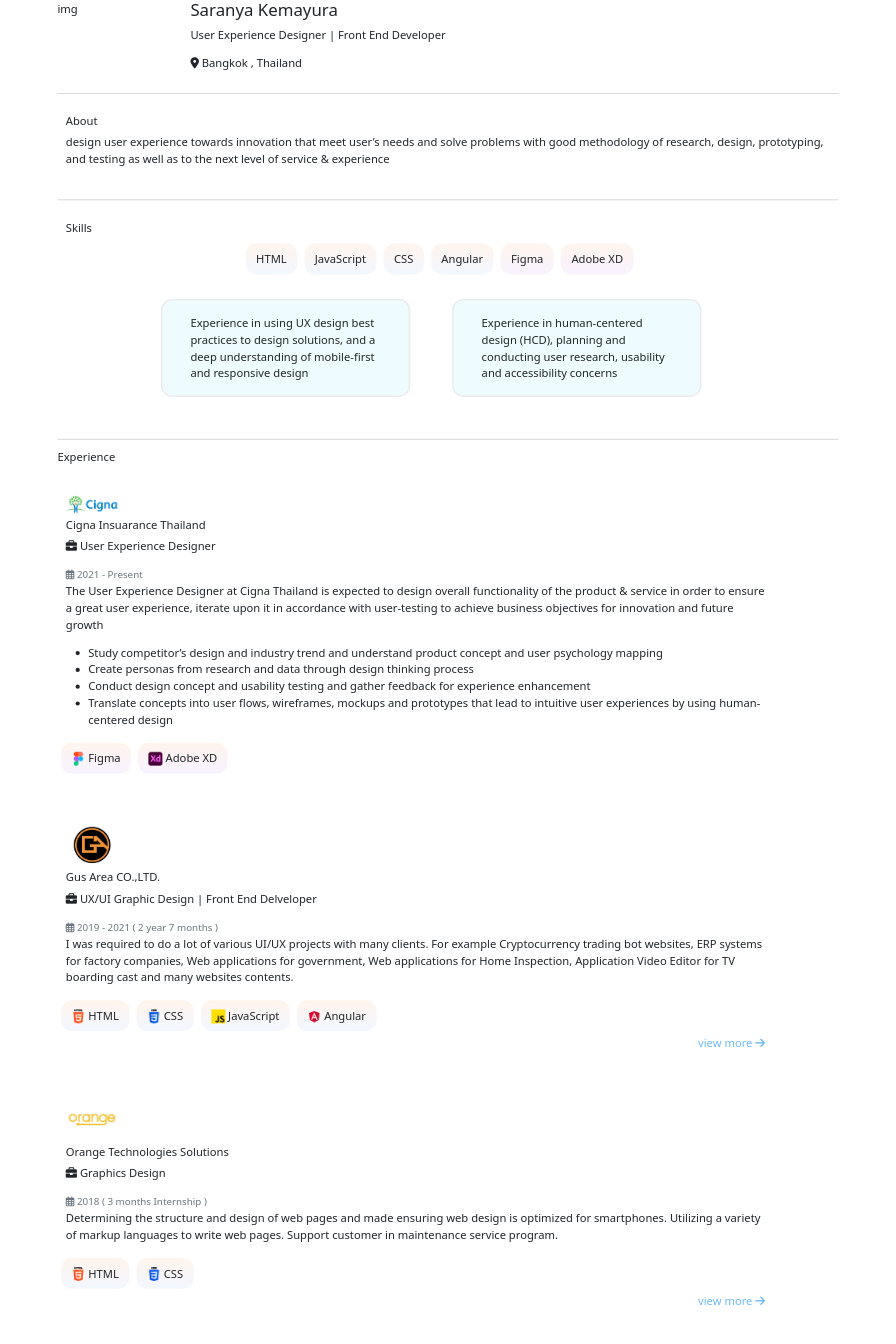
Repository: 0910th/portfolio
Page: index.html
These files come from the project's save history. The page is drawn as it stood at one moment and after the next save; the edit follows.
The browser window is 1280 px wide. The pictures show the part of the page from y = 0 to 1920 px (the page is 2667 px tall), at 70% of full size.

Above is the page before, as saved 2022-12-23 15:05:58.

### index.html
<!doctype html>
<html lang="en">

<head>
    <meta charset="utf-8">
    <meta name="viewport" content="width=device-width, initial-scale=1">
    <title>Saranya Portfolio</title>

    <link href="./css/bootstrap.min.css" rel="stylesheet" crossorigin="anonymous">
    <link href="./css/mystyle.css" rel="stylesheet" crossorigin="anonymous">
    <!--font awesome -->
    <link rel="stylesheet" href="./fontawesome/css/all.css" type="text/css">
    <link rel="stylesheet" href="./fontawesome/css/fontawesome.css">
    <link rel="stylesheet" href="./fontawesome/css/brands.css">
    <link rel="stylesheet" href="./fontawesome/css/solid.css">
</head>

<body>

    <div class="container-md">
        <!-- Content here -->
        <!-- section01 Name  -->
        <div class="row justify-content-start">
            <div class="col-2">
                img
            </div>
            <div class="col-10">
                <h4>Saranya Kemayura</h4>
                <p>User Experience Designer | Front End Developer</p>
                <p><i class="fa-solid fa-location-dot"></i> Bangkok , Thailand </p>
            </div>

        </div>
        <hr>
        <div class="row mg-30">

            <h6>About</h6>
            <p>design user experience towards innovation that meet user’s needs and solve problems with good methodology of
                research,
                design, prototyping, and testing as well as to the next level of service & experience</p>
        </div>
        <hr>
        <div class="row mg-30">
            <h6>Skills</h6>
            <div class="row justify-content-center">
                <div class="badge-text code">HTML</div>
                <div class="badge-text code">JavaScript</div>
                <div class="badge-text code">CSS</div>
                <div class="badge-text code">Angular</div>
                <div class="badge-text design">Figma</div>
                <div class="badge-text design">Adobe XD</div>
            </div>


            <div class="row">
                <div class="row justify-content-center">
                    <div class="col-md-4 col-sm-12 card-skills">
                        Experience in using UX design best practices to design solutions, and a deep understanding of mobile-first and
                        responsive design
                    </div>
                    <div class="col-md-4 col-sm-12 card-skills">
                        Experience in human-centered design (HCD), planning and conducting user research, usability and accessibility concerns
                    </div>
                </div>
            </div>

        </div>
        <hr>
        <div class="row">

            <h6>Experience</h6>
            <div class="row mg-30 vertical-line">
                <div class="col">
                    <img class="office-logo" src="/images/cignalogo.png">
                </div>
                <div class="col-11">
                    <h6> Cigna Insuarance Thailand </h6>
                    <p><i class="fa-solid fa-briefcase"></i> User Experience Designer </p>
                    <small class="text-muted"> <i class="fa-regular fa-calendar-days"></i> 2021 - Present </small>

                    <p > The User Experience Designer at Cigna Thailand is expected to design overall functionality of the product & service in
                    order to ensure a great user experience, iterate upon it in accordance with user-testing to achieve business objectives
                    for innovation and future growth </p>
                        <ul>
                            <li>Study competitor’s design and industry trend and understand product concept and user psychology mapping</li>
                            <li>Create personas from research and data through design thinking process</li>
                            <li>Conduct design concept and usability testing and gather feedback for experience enhancement</li>
                            <li>Translate concepts into user flows, wireframes, mockups and prototypes that lead to intuitive user experiences by
                            using human-centered design</li>
                        </ul>
                        <div class="row">
                            <div class="badge-text design"><img src="/images/figma.png" class="icon-logo"> Figma </div>
                            <div class="badge-text design"><img src="/images/xd.png" class="icon-logo"> Adobe XD </div>

                        </div>
                </div>

            </div>
            <div class="row mg-30 vertical-line">
                <div class="col">
                    <img class="office-logo" src="/images/guslogo.png">
                </div>
                <div class="col-11">
                    <h6> Gus Area CO.,LTD.   </h6>
                    <p> <i class="fa-solid fa-briefcase"></i> UX/UI Graphic Design | Front End Delveloper </p>
                    <small class="text-muted"> <i class="fa-regular fa-calendar-days"></i> 2019 - 2021 ( 2 year 7 months ) </small>

                    <p> I was required to do a lot of various UI/UX projects with many clients. For example Cryptocurrency trading bot websites,
                    ERP systems for factory companies, Web applications for government, Web applications for Home Inspection, Application
                    Video Editor for TV boarding cast and many websites contents.  </p>
                    <div class="row">
                        <div class="badge-text code"><img src="/images/html-5.png" class="icon-logo"> HTML </div>
                        <div class="badge-text code"><img src="/images/css-3.png" class="icon-logo"> CSS </div>
                        <div class="badge-text code"><img src="/images/js.png" class="icon-logo"> JavaScript </div>
                        <div class="badge-text code"><img src="/images/angular.png" class="icon-logo"> Angular </div>
                    </div>
                    <div class="align-end">
                        <a href="https://drive.google.com/file/d/1GT6gE9DtqS3qcQ0BoRsfJf4KunN4CFvU/view?usp=share_link" target="_blank"> view
                            more <i class="fa-sharp fa-solid fa-arrow-right"></i> </a>
                    </div>

                </div>

            </div>
            <div class="row mg-30 vertical-line">
                <div class="col">
                    <img class="office-logo" src="/images/orangelogo.jpg">
                </div>
                <div class="col-11">
                    <h6> Orange Technologies Solutions   </h6>
                    <p> <i class="fa-solid fa-briefcase"></i> Graphics Design </p>
                    <small class="text-muted"> <i class="fa-regular fa-calendar-days"></i> 2018 ( 3 months Internship ) </small>

                    <p> Determining the structure and design of web pages and made
                        ensuring web design is optimized for smartphones. Utilizing a variety of
                        markup languages to write web pages. Support customer in maintenance
                        service program. </p>
                    <div class="row">
                        <div class="badge-text code"><img src="/images/html-5.png" class="icon-logo"> HTML </div>
                        <div class="badge-text code"><img src="/images/css-3.png" class="icon-logo"> CSS </div>
                    </div>
                    <div class="align-end">
                        <a href="https://drive.google.com/file/d/1MODC7KRE6SoKk1lN0rvdMFdlt3xqDC_x/view?usp=sharing" target="_blank"> view
                            more <i class="fa-sharp fa-solid fa-arrow-right"></i> </a>
                    </div>
                </div>

            </div>
            <div class="row mg-30 vertical-line">
                <div class="col">
                    <img class="office-logo" src="/images/siamlogo.jpg">
                </div>
                <div class="col-11">
                    <h6> Siam University </h6>
                    <p> <i class="fa-solid fa-graduation-cap"></i> Bachelor of Science,Computer Science </p>
                    <small class="text-muted"> <i class="fa-regular fa-calendar-days"></i> Jun 2014 - Oct 2018 </small>

                    <div class="row mg-30">
                        <div class="col-md-2"> Project Name </div>
                        <div class="col-md-10"> Web application management of data for cooperation and public
                        relations. </div>
                    </div>
                    <div class="row mg-30">
                        <div class="col-md-2"> Description </div>
                        <div class="col-md-10"> Manage Co-Operated Case Study For Baan Fah Green Park Royal
                            Thonburirom </div>
                    </div>
                    <div class="row mg-30">
                        <div class="col-md-2"> Responsibilities </div>
                        <div class="col-md-10"> Front-End, UX/UI Design, System Algorithm Design, Project Management. </div>
                    </div>
                    <div class="row">
                        <div class="row">
                            <div class="badge-text code"><img src="/images/html-5.png" class="icon-logo"> HTML </div>
                            <div class="badge-text code"><img src="/images/css-3.png" class="icon-logo"> CSS </div>
                            <div class="badge-text code"><img src="/images/js.png" class="icon-logo"> JavaScript </div>
                            <div class="badge-text code"><img src="/images/angular.png" class="icon-logo"> Angular </div>
                            <div class="badge-text code"><img src="/images/firebaselogo.png" class="icon-logo"> Firebase </div>

                        </div>
                    </div>
                    <div class="align-end">
                        <a href="https://drive.google.com/file/d/1-WiQ9sEVFjpiMQZhy3hezphQuEG-YV4b/view?usp=sharing" target="_blank"> view more <i class="fa-sharp fa-solid fa-arrow-right"></i> </a>
                    </div>
                </div>

            </div>
        </div>
        <hr>
        <h6>Licenses & Certificate</h6>
        <div class="row">


                <div class="col-md-6 mg-30">
                    <div class="row">
                        <div class="col-md-2">
                            <img class="office-logo" src="/images/tdclogo.jpg">
                        </div>
                        <div class="col-md-10">
                            <h6>User Experience UX(Design):Design Solutions for your Users</h6>
                            <p>Thammasat Design Center (TDC)</p>
                            <small class="text-muted"> Issued Feb 2022 </small>
                            <div class="">
                                <a class="btn btn-outline-primary"
                                    href="https://drive.google.com/file/d/1K9nLmPM9IpYpREJaLTQpupgg0pyApNxf/view?usp=sharing" target="_blank">Show
                                    credential <i class="fa-solid fa-up-right-from-square"></i> </a>
                            </div>
                        </div>
                    </div>

                </div>
                <div class="col-md-6 mg-30">
                    <div class="row">
                        <div class="col-md-2">
                            <img class="office-logo" src="/images/skooldiologo.jpg">
                        </div>
                        <div class="col-md-10">
                            <h6>UX Writing</h6>
                            <p>Skooldio (TDC)</p>
                            <small class="text-muted"> Issued Dec 2022 </small>
                            <div class="">
                                <a class="btn btn-outline-primary" href="https://drive.google.com/file/d/1BEAHY4evkZaUVi4WXsF9LlQV7Dov4a3x/view?usp=sharing" target="_blank">Show credential <i class="fa-solid fa-up-right-from-square"></i> </a>
                            </div>
                        </div>
                    </div>

                </div>

        </div>

    </div>

    <!-- script -->
    <script src="https://cdn.jsdelivr.net/npm/@popperjs/core@2.11.6/dist/umd/popper.min.js"
        integrity="sha384-oBqDVmMz9ATKxIep9tiCxS/Z9fNfEXiDAYTujMAeBAsjFuCZSmKbSSUnQlmh/jp3"
        crossorigin="anonymous"></script>
    <script src="https://cdn.jsdelivr.net/npm/bootstrap@5.2.3/dist/js/bootstrap.min.js"
        integrity="sha384-cuYeSxntonz0PPNlHhBs68uyIAVpIIOZZ5JqeqvYYIcEL727kskC66kF92t6Xl2V"
        crossorigin="anonymous"></script>
</body>

</html>

### css/mystyle.css

.text-right {
    text-align: right;
}
.mg-30 {
    margin: 30px 0px;
}
.badge-text {
    padding: 10px 15px;
    margin: 5px 5px;
    text-align: justify;
    vertical-align: middle;
    width: max-content;
    border-radius: 15px;

}
.badge-text.code {
    background-color: #f0f8ff;
    background: linear-gradient(180deg,rgba(255,153,80,.1),rgba(129, 177, 255, 0.1));
}
.badge-text.design {
    background-color: #fff3b7;
    background: linear-gradient(180deg,rgba(255,153,80,.1),rgba(184,129,255,.1));

}
.card-skills{
    background: rgba(214, 248, 255, 0.4);
    border-radius: 16px;
    z-index: 0;
    border: 2px solid #ebebeb;
    padding: 20px 40px;
    margin: 30px;
}
.icon-logo {
    max-width: 20px;
    height: auto;
}
.office-logo {
    max-width: 75px;
}
.align-end {
    text-align: right;
}
.align-end a {
    text-decoration: none;
    color: #6fb9fa;
}
.align-end a:hover {
    color:#54adfa;
}
a.btn.btn-outline-primary {
    margin: 10px 0;
    color:  #6fb9fa;
    border: 2px solid #6fb9fa;

}
a.btn.btn-outline-primary:hover {
    color:  #ffffff;
    border-color: #54adfa;
    background-color:  #54adfa;
}
@media (max-width:450px) {
    .vertical-line {
        border-left: 2px solid #e3e3e3;
        margin-left: 15px;
    }
}

Loaded but not shown: css/bootstrap.min.css (library); fontawesome/css/all.css (library); fontawesome/css/fontawesome.css (library); fontawesome/css/solid.css (common file); fontawesome/css/brands.css (1432 lines, source omitted)

After the next save:
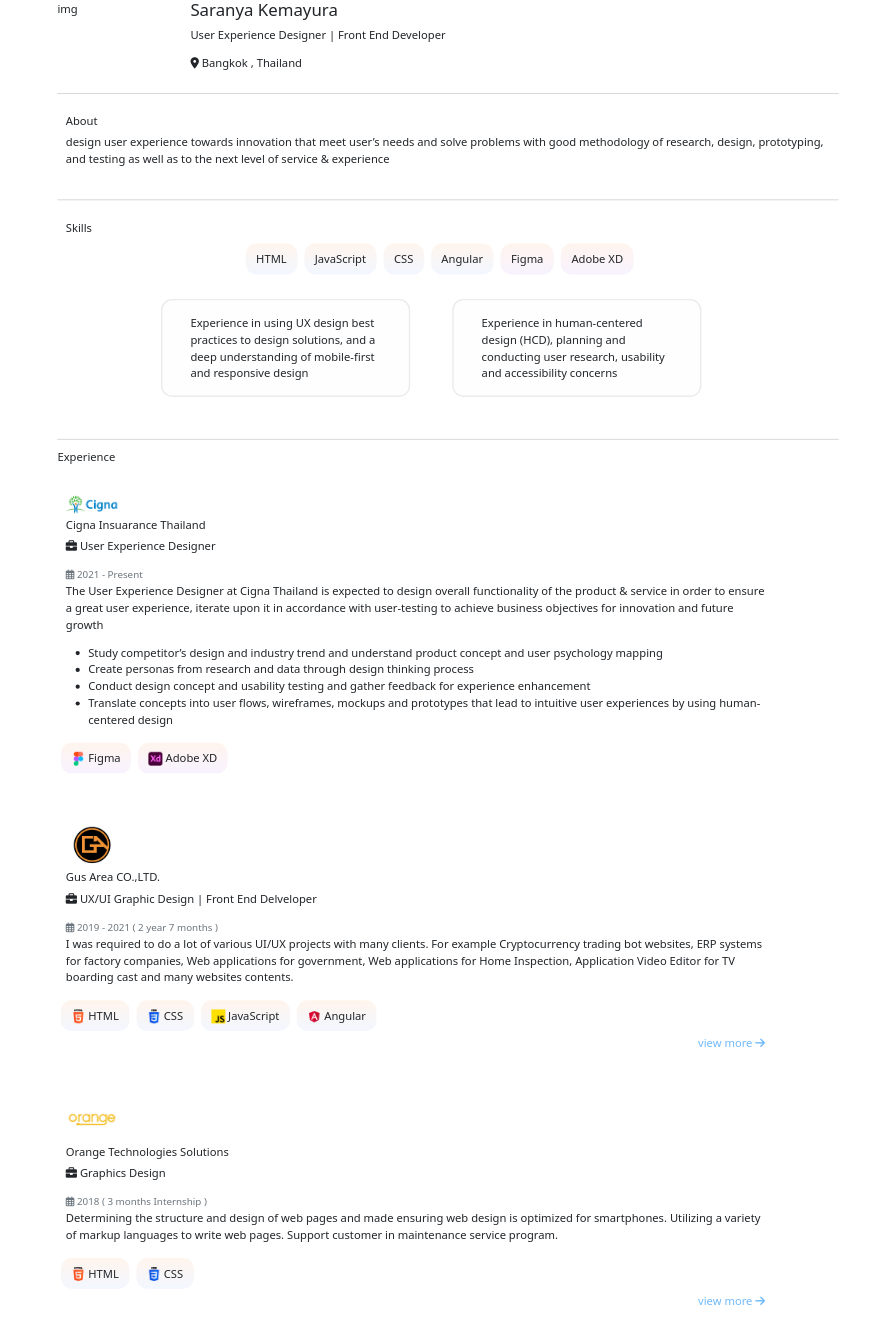
Saved 86 s later.
--- a/css/mystyle.css
+++ b/css/mystyle.css
@@ -24,7 +24,7 @@
 
 }
 .card-skills{
-    background: rgba(214, 248, 255, 0.4);
+    background: #fefefe;
     border-radius: 16px;
     z-index: 0;
     border: 2px solid #ebebeb;
